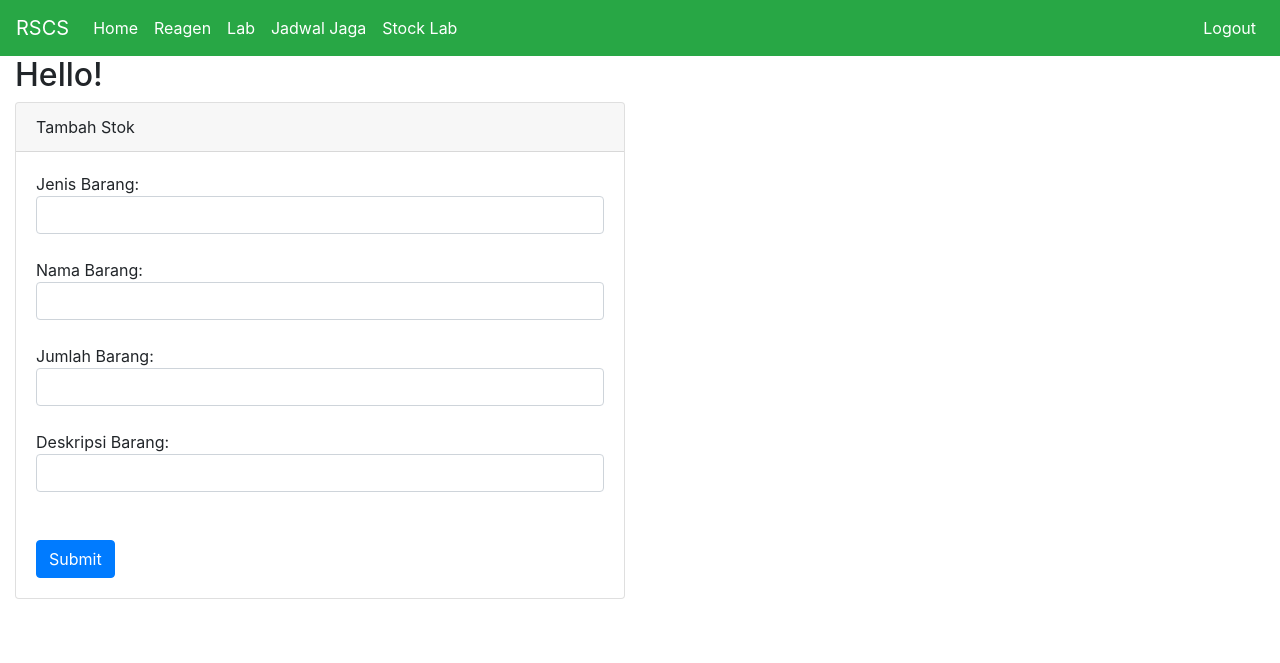
Repository: usamah1707/Tugas-Akhir-Kelompok-6
Page: http://localhost/add-stok
The author's editor kept a copy of each file at every save. The page is drawn from the files as they stood at one save, then again after the next save.
The browser window is 1280 px wide. The pictures show the whole page.
The page is this project's Thymeleaf template; nobody is signed in. The template is opened directly, without the code that normally fills it, so the values that code supplies are empty.

Above is the page before, as saved 2019-06-04 04:04:18.

After the next save:
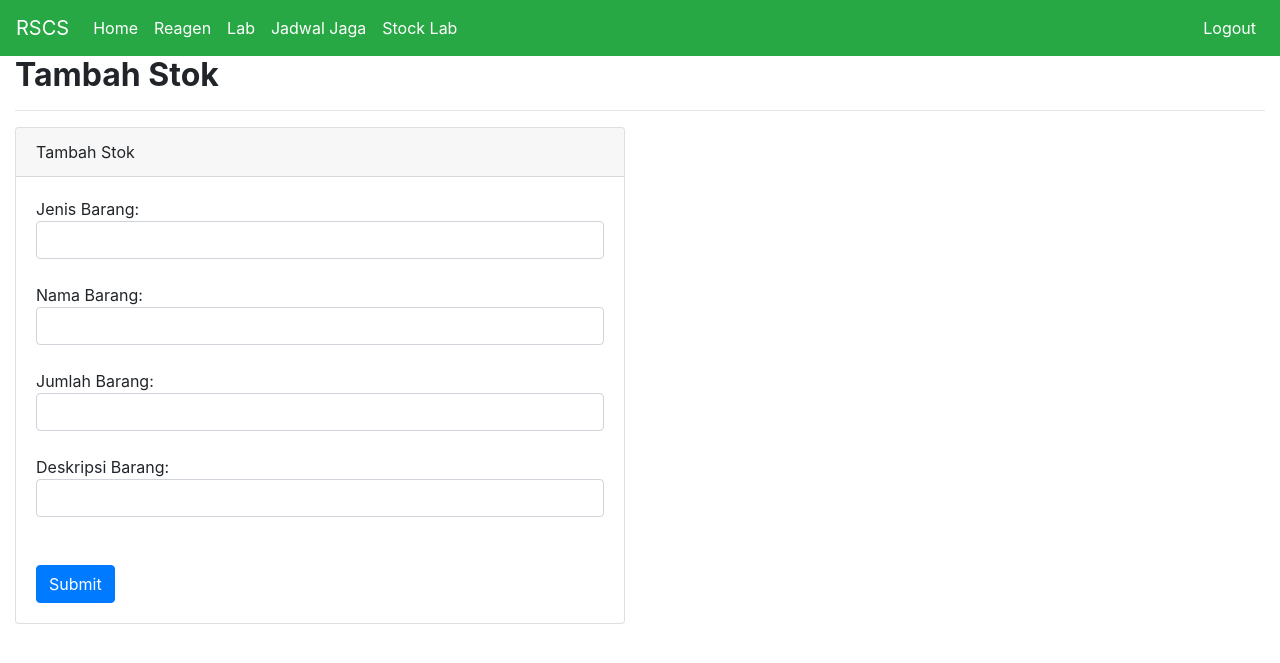
Saved 3 min 52 s later.
--- a/TA_6/src/main/resources/templates/add-stok.html
+++ b/TA_6/src/main/resources/templates/add-stok.html
@@ -12,7 +12,8 @@
     <nav th:replace="fragments/fragment :: navbar"></nav>
 
     <div class="container-fluid">
-        <h2>Hello!</h2>
+         <h2><strong>Tambah Stok</strong></h2>
+            <hr>
         <div class="row">
             <div class="col-md-6">
                 <div class="card">
